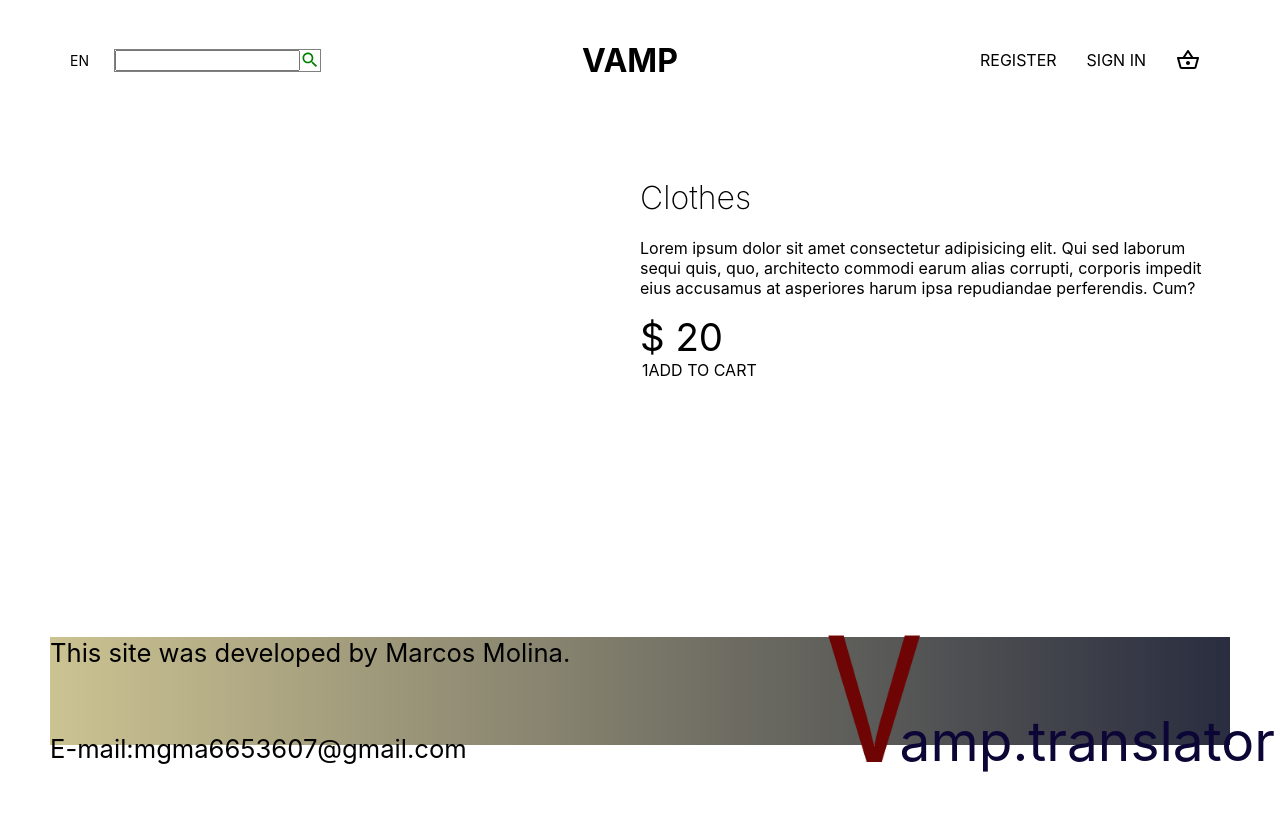
Repository: mgma2005/ecoeli
Page: /
These files come from the project's save history. The page is drawn as it stood at one moment and after a run of saves; the edit follows.
The browser window is 1280 px wide. The pictures show the part of the page from y = 173 to 993 px (the page is 993 px tall).
The project was rebuilt for these pictures with package versions that can differ from the ones it lists, and the page was loaded fresh each time. Also part of the build but not shown: src/App.css.

Above is the page before, as saved 2022-05-14 18:05:55.

After the next 2 saves:
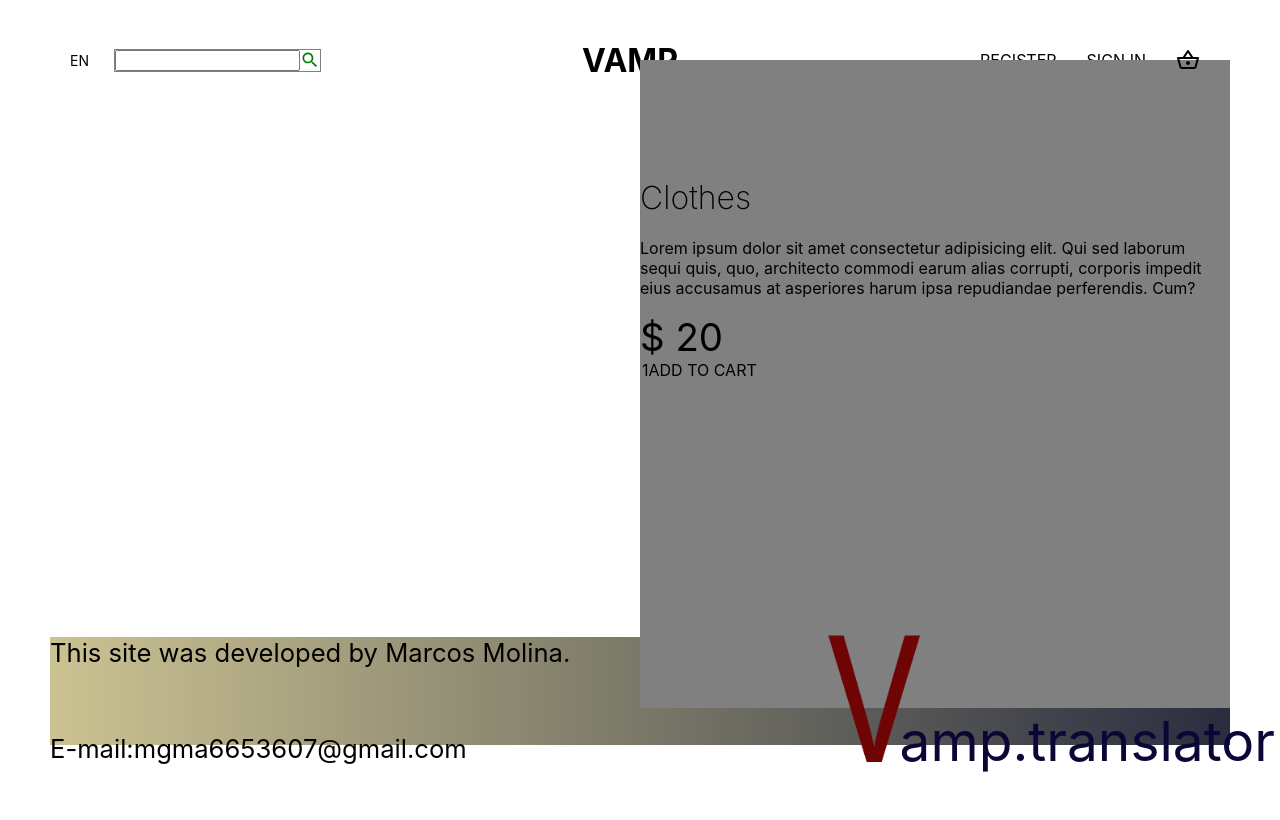
The 2 saves are shown as one change because they came seconds apart.
The last was saved 7 s later.
--- a/src/pages/Product.jsx
+++ b/src/pages/Product.jsx
@@ -30,7 +30,7 @@
 const InfoContainer = styled.div`
   flex: 1;
   padding: 0px 50 px;
-  background-color
+  background-color: gray;
 `;
 
 const Title = styled.h1`

After the save that followed:
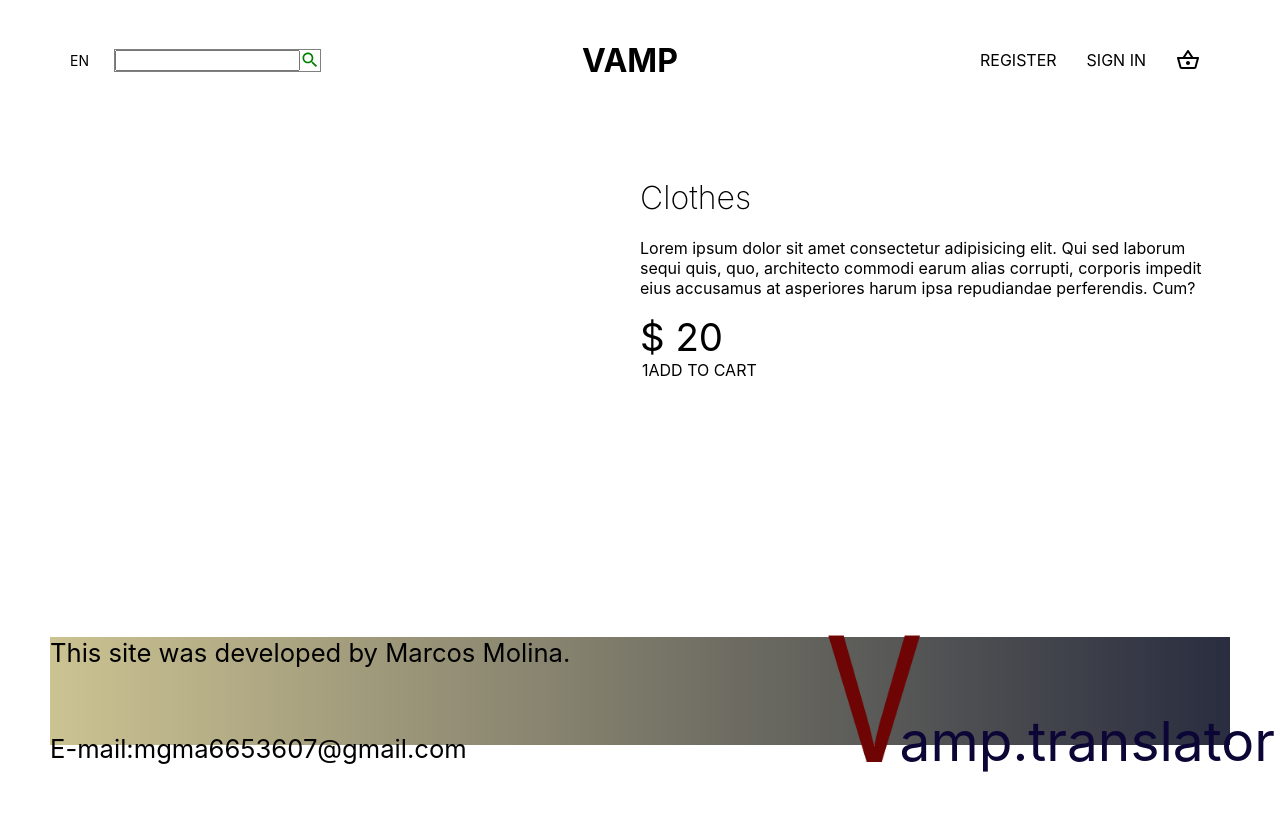
Saved 27 s later.
--- a/src/pages/Product.jsx
+++ b/src/pages/Product.jsx
@@ -30,7 +30,6 @@
 const InfoContainer = styled.div`
   flex: 1;
   padding: 0px 50 px;
-  background-color: gray;
 `;
 
 const Title = styled.h1`
